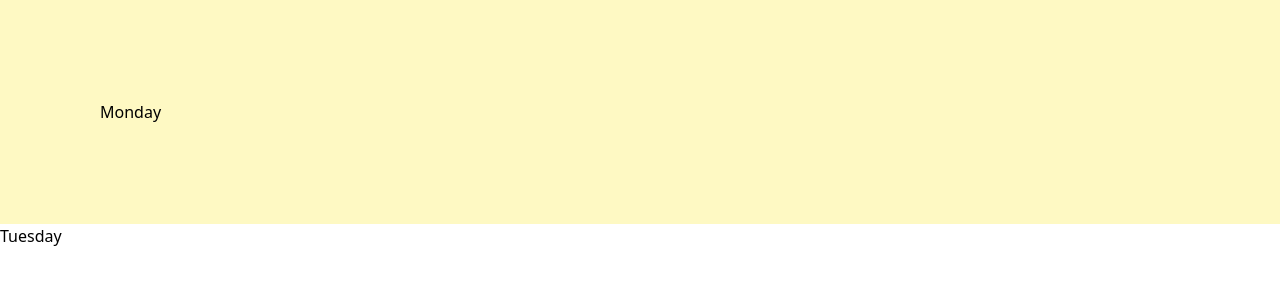
Repository: AfzalHaq61/tailwind-deep
Page: http://localhost/
An editor plug-in stored every save of this project. The page is shown before and after the next save, followed by the edit.
The browser window is 1280 px wide. The pictures show the whole page.
The page is served by the project's Laravel application, run on PHP 8.4 with Laravel 9. Other server files are loaded and not shown. Style sheets and scripts are compiled from the project's sources, by tool versions that may differ from the author's.

Above is the page before, as saved 2022-12-24 17:19:38.

### resources/views/welcome.blade.php
<!doctype html>
<html>

<head>
    <meta charset="utf-8">
    <meta name="viewport" content="width=device-width, initial-scale=1.0">
    @vite('resources/css/app.css')
</head>

<body>
    <div>
        <div class="bg-yellow-100 p-[100px]">
            <h1>Monday</h1>
        </div>
        <div>
            <h1>Tuesday</h1>
        </div>
    </div>
</body>

</html>

Loaded but not shown: routes/web.php (common file); resources/css/app.css (common file); tailwind.config.js (common file)

After the next save:
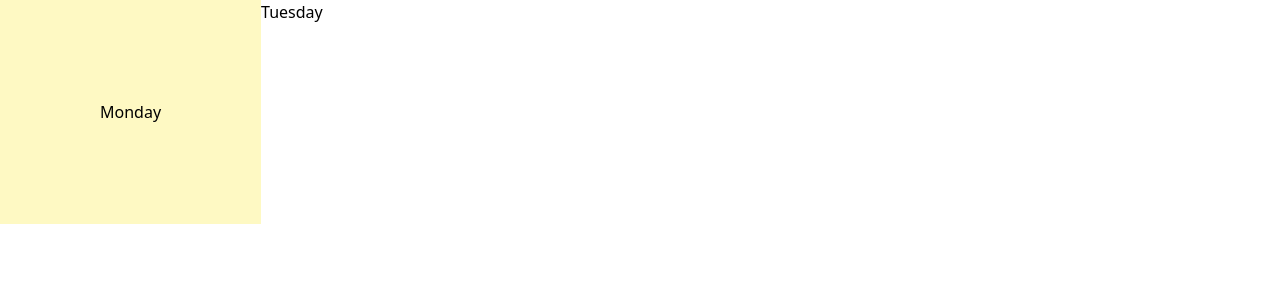
Saved 5 s later.
--- a/resources/views/welcome.blade.php
+++ b/resources/views/welcome.blade.php
@@ -8,7 +8,7 @@
 </head>
 
 <body>
-    <div>
+    <div class="flex">
         <div class="bg-yellow-100 p-[100px]">
             <h1>Monday</h1>
         </div>
